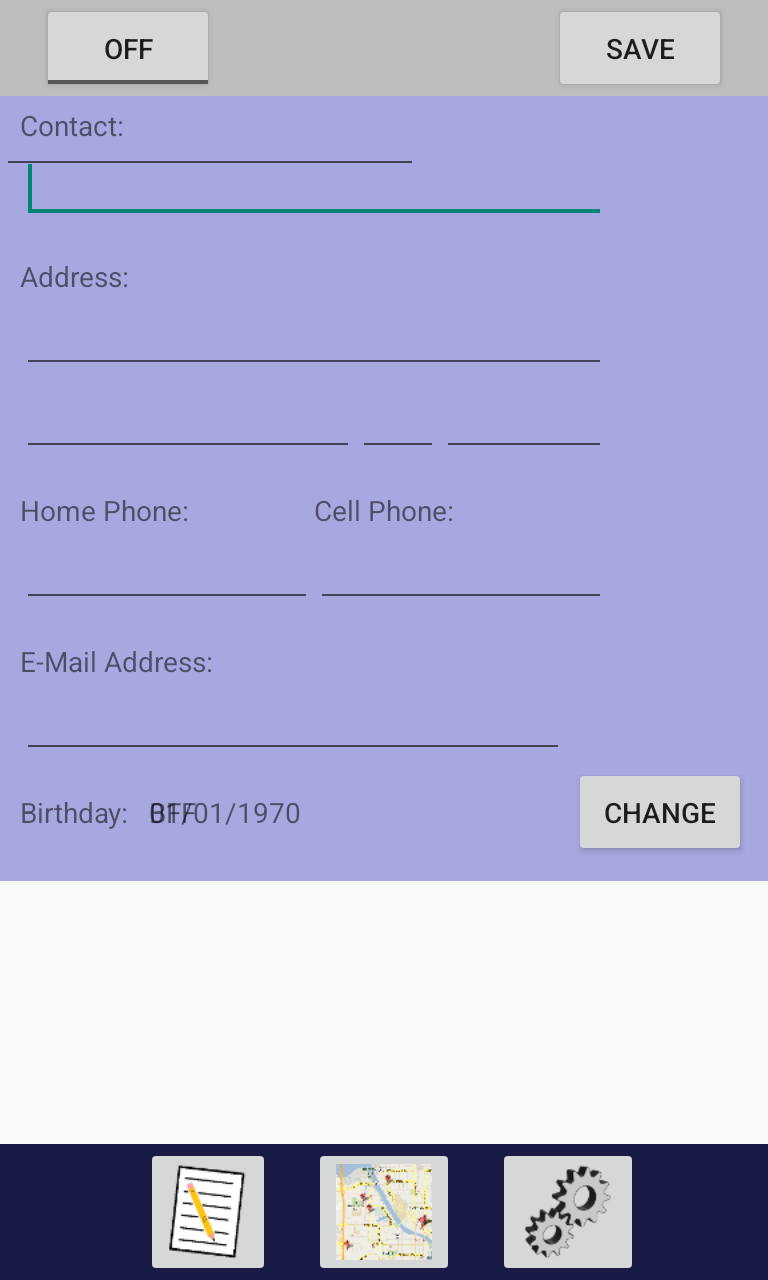
Repository: MobileApps-Cascadia/JenniferBronson_ExercisesChapter5
Layout: MyContactList/res/layout/activity_contact.xml
These files come from the project's save history. The layout is drawn as it stood at one moment and after the next save; the edit follows.
It is drawn on a 768 x 1280 px phone screen (xhdpi) without system bars, with theme AppTheme; the app's code is not run.

Above is the layout before, as saved 2014-05-04 23:18:41.

After the next save:
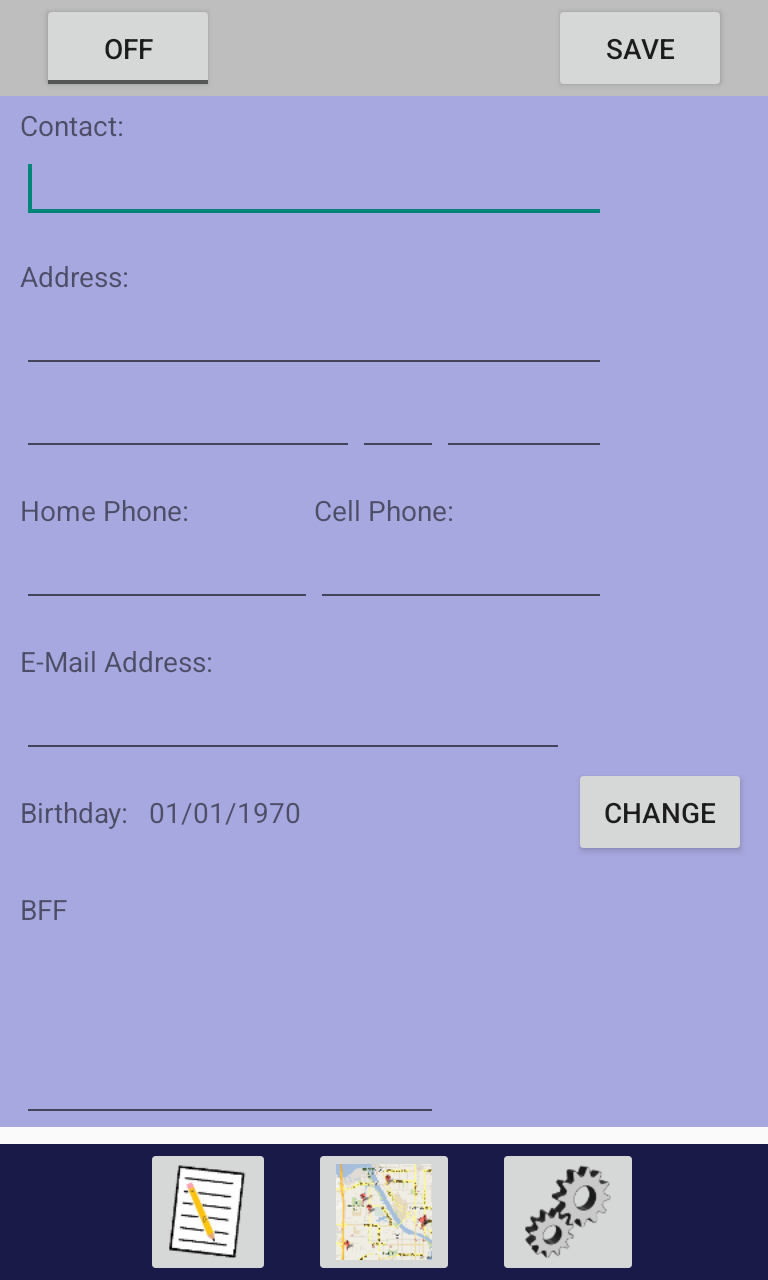
Saved 2 min 17 s later.
--- a/MyContactList/res/layout/activity_contact.xml
+++ b/MyContactList/res/layout/activity_contact.xml
@@ -282,9 +282,10 @@
                 android:layout_width="wrap_content"
                 android:layout_height="wrap_content"
                 android:text="BFF"
-                android:layout_marginLeft="10dp"
-                android:layout_toRightOf="@+id/textBday"
-                android:layout_alignBottom="@+id/textBday"
+                android:layout_alignParentLeft="true"
+                android:layout_marginLeft="10dp"
+                android:layout_marginTop="15dp"
+                android:layout_below="@+id/btnBirthday"
                 android:paddingBottom="25dp"
                 />
 
@@ -293,7 +294,12 @@
                 android:layout_width="wrap_content"
                 android:layout_height="wrap_content"
                 android:ems="10"
-                android:inputType="number" />
+                android:inputType="number"
+                 android:layout_alignParentLeft="true"
+                android:layout_marginLeft="10dp"
+                android:layout_marginTop="15dp"
+                android:layout_below="@+id/textBFF"
+                android:paddingBottom="25dp"/>
 
         </RelativeLayout>
     </ScrollView>
